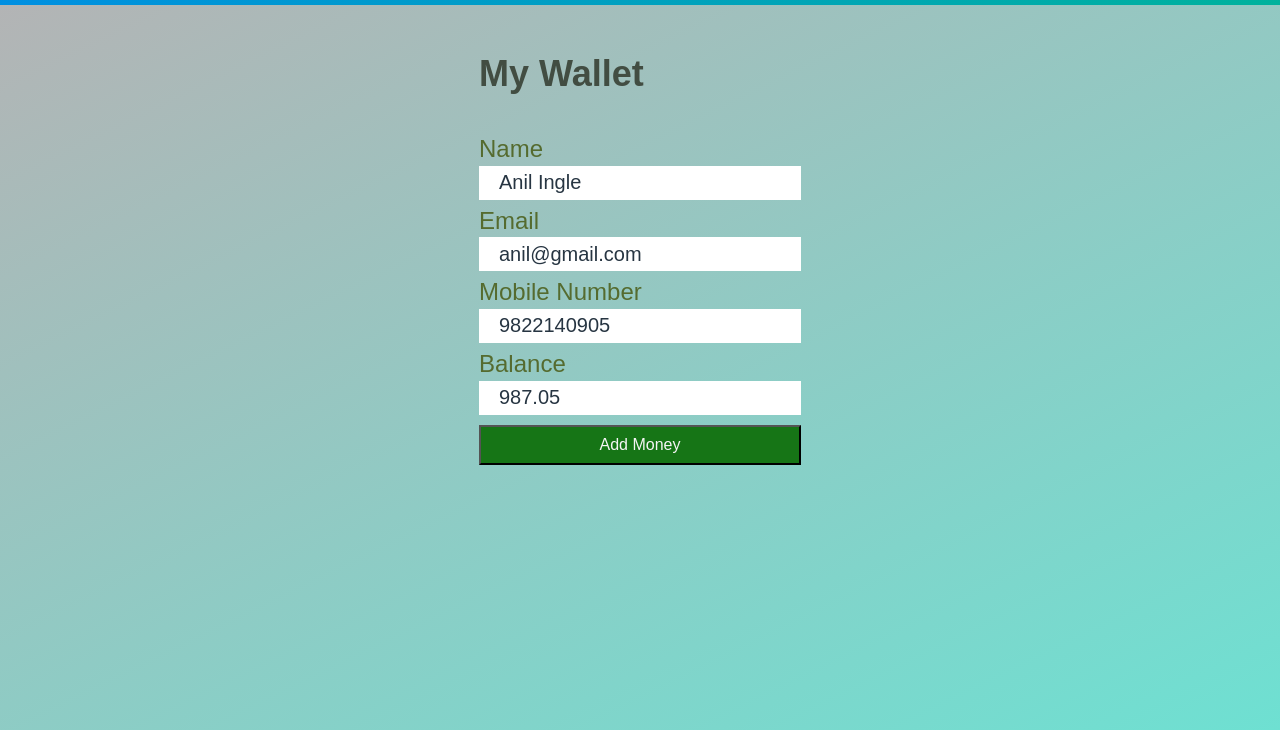
Repository: anil-ingle/dac-proj
Page: onlineparking/src/main/webapp/layout/user/wallet.html
An editor plug-in stored every save of this project. The page is shown before and after the next save, followed by the edit.
The browser window is 1280 px wide. The pictures show the whole page.

Above is the page before, as saved 2018-07-29 17:01:24.
Console error: TypeError: Cannot read properties of null (reading 'fName')

### onlineparking/src/main/webapp/layout/user/wallet.html
<!DOCTYPE html>
<html>

<head>
    <title>My Wallet</title>
    <link rel="stylesheet" href="user.css">

    <style>
        .wollet-container {
            widows: 500;
            position: absolute;
            top: 100px;

        }

        .wollet_heading {
            width: 100%;
        }

        h2 {
            color: #424d42;

        }



        label {
            font-size: 24px;
            /* font-size: larger; */
            font-family: sans-serif;
            font-style: initial;
            color: darkolivegreen;
        }

        .container {
            width: 100%;
            height: 100%;
            display: flex;
            flex: 1 1 0%;
            /* align-items: center; */
            justify-content: center;
            font-size: 1.5em;
            color: purple;
            background: linear-gradient(154deg, #b3b4b5, #6ee0d2);
            background-color: transparent !important;
        }

        input {
            width: 300px;
            height: 32px;
            padding-left: 20px;
            font-size: 20px;
            font-style: normal;
            color: #273542;
        }


        input:focus {
            outline: none;
        }

        .add_money {
            padding-top: 10px;
        }

        div {
            padding-top: 5px;
        }

        .btn-add-money {
            height: 40px;
            background: #167516;
            align-items: center;
            font-size: initial;
            width: -webkit-fill-available;
            width: -moz-available;
            color: whitesmoke;
        }

        body,
        html {
            width: 100%;
            height: 100%;
        }
    </style>
    <script src="../node_modules/jquery/dist/jquery.min.js"></script>
    <script type="text/javascript" src="../header.js"></script>
    <script>
        // window.onload="myFunction()";
        function addMoney() {
            alert("This Feature Comming soon...!!!");
        }

        function myFunction(){
            document.getElementById("name").value = "Anil Ingle";
            document.getElementById("email").value = "anil@gmail.com";
            document.getElementById("mobileNumber").value = "9822140905";
            document.getElementById("balance").value = "987.05";
        }



    </script>
</head>

<body onload="myFunction()">
 <div id="hdr" class="header"></div>
    <div class="container">

        <div class="wallet-container">
            <div class="wollet_heading">
                <h2>My Wallet</h2>
            </div>
            <div>
                <label>Name</label>
                <br/>
                <input style="border:none" id="name" type="text"  readonly/>
            </div>
            <div>
                <label>Email</label>
                <br/>
                <input style="border:none" id="email" type="text"  readonly/>
            </div>
            <div>
                <label>Mobile Number</label>
                <br/>
                <input style="border:none" id="mobileNumber" type="text" readonly/>
            </div>
            <div>
                <label>Balance</label>
                <br/>
                <input style="border:none" id="balance" type="text"  readonly/>
            </div>
            <div class="add_money">
                <button class="btn-add-money" onclick="addMoney();">Add Money</button>
            </div>
        </div>
    </div>

</body>

</html>

### onlineparking/src/main/webapp/layout/user/user.css
 .main-container{

        display: flex;
       flex-direction: column;
       height: 100%;
        width: 100%;



    }

    .header{

        display: flex;
        flex-basis: 70px;
            justify-content: space-between;
        flex-direction: row;
        width:100%;
		 background: linear-gradient(154deg,#008fe2,#00b29c);

    background-color: transparent !important;


    }
    .lebel{
    color:green;
    }

    .body{
padding:0px 30px 0px 30px;

 /* display:flex; */

        width:100%;
        height:100%;
        margin: 30;



    }

    .mainId{
    border-bottom: 1px solid rgb(208, 204, 203);
     border-top: 1px solid rgb(208, 204, 203);
    border-bottom-width: 1px;
    border-bottom-style: solid;
    border-bottom-color: rgb(208, 204, 203);
    padding-bottom:10px;
     padding-top:10px;
    }

    .select-city-area{
        display: flex;
    	justify-content: space-around;
        }

        .dropDownTime-Date{
        padding-top:30px;
        display: flex;
    	justify-content: space-around;
        }
        .select-city-area .selectSize{
        width:140px;
        padding:7px;
        background-color: aliceblue;
        }
        .inTime .selectSize{
         width:140px;
          padding:7px;
        background-color: aliceblue;

        }



        #idate{

         padding:5px;
        background-color: aliceblue;
        }
        .search-button {
  width: 100px;
  height: 50px;
  margin:5px;
  background: green;

}

	body {font-family: Arial, Helvetica, sans-serif;
	background: #fff;
	color: #1d2129;
	direction: ltr;
	line-height: 1.34;
	margin: 0;
	padding: 0;
	unicode-bidi: embed;}

  /* modal css */
  /* The Modal (background) */
.modal {
    display: none; /* Hidden by default */
    position: fixed; /* Stay in place */
    z-index: 1; /* Sit on top */
    padding-top: 100px; /* Location of the box */
    left: 0;
    top: 0;
    width: 100%; /* Full width */
    height: 100%; /* Full height */
    overflow: auto; /* Enable scroll if needed */
    background-color: rgb(0,0,0); /* Fallback color */
    background-color: rgba(0,0,0,0.4); /* Black w/ opacity */
}

/* Modal Content */
.modal-content {
    background-color: #fefefe;
    margin: auto;
    padding: 20px;
    border: 1px solid #888;
    width: 80%;
    height: 300px;
}

/* The Close Button */
.close {
    color: #aaaaaa;
    float: right;
    font-size: 28px;
    font-weight: bold;
}

.close:hover,
.close:focus {
    color: #000;
    text-decoration: none;
    cursor: pointer;
}
//----------



    .search-button {
  width: 100px;
  height: 50px;
  margin:5px;
  background: yellow;
  }
  .search-button-reserved{
   width: 100px;
  height: 50px;
  margin:5px;
  background: red;

  }
  .inTime{
  padding-left:40px;
  padding-top:20px;

  }
   .inTime .selectSize{
         width:140px;
          padding:7px;
        background-color: aliceblue;

        }

   .register-button{
        width: 150px;
    padding: 15px;
    background: green;
    margin: 5px;

     }
     #demo{
     height: 250px;
    width: 100%;
    padding: 10px;
    margin: 15px;
     border: 1px solid rgb(208, 204, 203);
    background-color: whitw;
     background-image: url("images.png");

     }

     .header-nav-right{
  display:flex;



  }
 .header-user-name{
  padding-left: 20px;
    padding-top: 20px;
    color: white;
    font-weight: bolder;
  }
  .header-log-out-logo{
  /* padding-right: 35px;
  padding-top: 20PX; */
      padding: 17px;
   /* background-image: url("log-out.png"); */
  }
  .logout-btn{
   background: linear-gradient(154deg,#008fe2,#00b29c);
   cursor:pointer;
  }
  .wolet-page{
  padding-left: 20px;
    padding-top: 20px;
    color: white;
    cursor: pointer;
     text-decoration: none;
    }
    .hy-wpage{
    color: white;
    font-weight: bolder;
        text-decoration: none;
    }

    .user-r-page{
     padding-left: 20px;
    padding-top: 20px;
    color: white;
    cursor: pointer;
    }

    .hy-user{
    color: white;
    font-weight: bolder;
     text-decoration: none;

    }
    .user-r-history{
     padding-left: 20px;
    padding-top: 20px;
    color: white;
    cursor: pointer;
    }
    .hy-history{
    color: white;
    font-weight: bolder;
        text-decoration: none;
    }

     .rg-button{
      height: 50px;
    width: 100%;
    padding: 10px;

     }
     .book-now{
     padding-top:15px;
     padding-bottom:15px;
    background-color: green;
    width: 100%;
    justify-content: center;
    margin:25px 0px 25px 0px;
     }
     .btn-slot{
     		display:flex;
     		justify-content: space-between;

         }
     .btn-cancel{
       width: 150px;
    padding: 15px;
    background: red;
    margin: 5px;

     }
  #wolet-heaing{
  color:green;

  }
   .m-header{
  color: green;
  }
  .modal-content-parking{
  /* width:400px;
  height:250px; */
      border-top: 1px solid #efe6e6;


  }
  .wollet-name{
  display:flex;
  }
  .wollet-amount{
  display:flex;
  }
  .wollet-bill{
   display:flex;
   padding-bottom: 45px;
  }
 .wollet-name-input {

    color: cadetblue;
    padding-left: 22px;
    font-size: 18px;
  }
  .wollet-amount-input{

    color: cadetblue;
    padding-left: 7px;
    font-size: 18px;

  }

  .wollet-bill-input{

    color: cadetblue;
    padding-left: 43px;
    font-size: 18px;
  }
  .btn-wolet{
  display:flex;
  float:right;

  }
  .bt-continue{
  padding-right: 20px;

  }
  .btc-continue{
  background: green;
    padding: 8px;
    width: 90px;
  }
  .btc-cancel{
  background: red;
    padding: 8px;
    width: 90px;
  }

### onlineparking/src/main/webapp/layout/header.js
/*
	 * Developer:kadam dashrath
	 * Date:26/05/2018
	 * -----------------------------------Description-----------------
	 * Here user.main.html control dom and make ajax call as per requirement and
	 * give performance of do unwanted data not load and rendor
	 * -----------------------End--------------------------------------
	 */
	var jq=$;
	var ajaxPrefix="http://localhost:2020/onlineparking/";

	/*var script = document.createElement('script');
	script.src = 'jquery.min.js';
	script.type = 'text/javascript';
	document.getElementsByTagName('head')[0].appendChild(script);*/

	// Store

	jq(document).ready(function() {
		 let _user = JSON.parse(sessionStorage.getItem('user'));
		 if(_user.fName){
			 let name=_user.fName;
			 logo(name);
		 }else{
			 logo('User');
		 }




		});


	function logo(name){
		let ur="<div class='user-r-page'><a class='hy-user' href='user.html'>Home</a></div>"
		let uh="<div class='user-r-history'><a class='hy-history' href='history.html'>Order</a></div>"
		let p="<div class='wolet-page'><a class='hy-wpage' href='wallet.html'>My Wolet</a></div>"
		let info="<div id='header-nav-right' class='header-nav-right'><div class='header-user-name'>Welcome "+name+"</div><div class='header-log-out-logo'><button onclick='logOut()' class='logout-btn'>logout</button></div></div>";
		if(ur||uh||p||info)
		 document.getElementById("hdr").innerHTML =ur+p+uh+info;
	}

function logOut(){

		jq.ajax({
            url:  ajaxPrefix+"mvc/logout",
            type: "GET",
            dataType: "json",
            contentType: 'application/json; charset=utf-8',
            success: function (response) {
                if (response) {
                	sessionStorage.removeItem("name");
                	window.location.href =ajaxPrefix;
                }
            },
            error: function (xhr, status, err) {

            console.log("fail...")
            }
        });
	}

Loaded but not shown: onlineparking/src/main/webapp/layout/node_modules/jquery/dist/jquery.min.js (library)

After the next save:
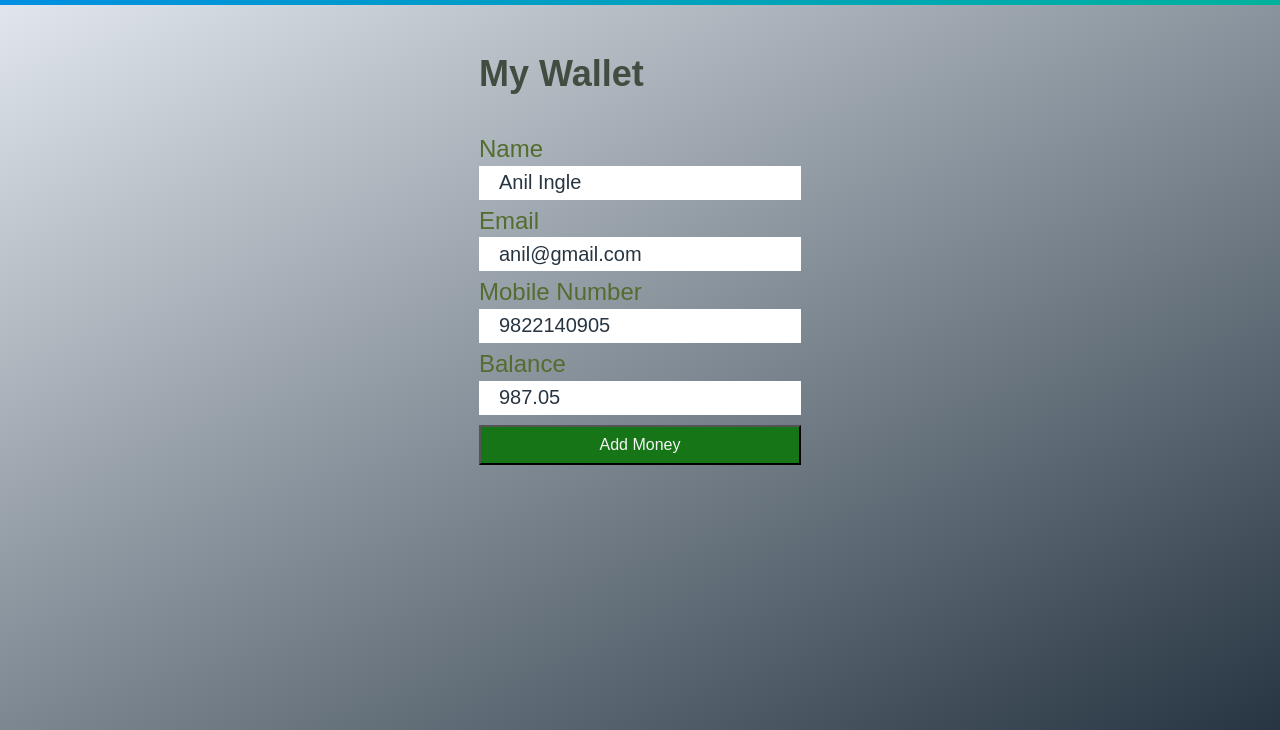
Saved 3 min 16 s later.
--- a/onlineparking/src/main/webapp/layout/user/wallet.html
+++ b/onlineparking/src/main/webapp/layout/user/wallet.html
@@ -41,7 +41,7 @@
             justify-content: center;
             font-size: 1.5em;
             color: purple;
-            background: linear-gradient(154deg, #b3b4b5, #6ee0d2);
+            background: linear-gradient(154deg, #e0e6ec, #273542);
             background-color: transparent !important;
         }
 
